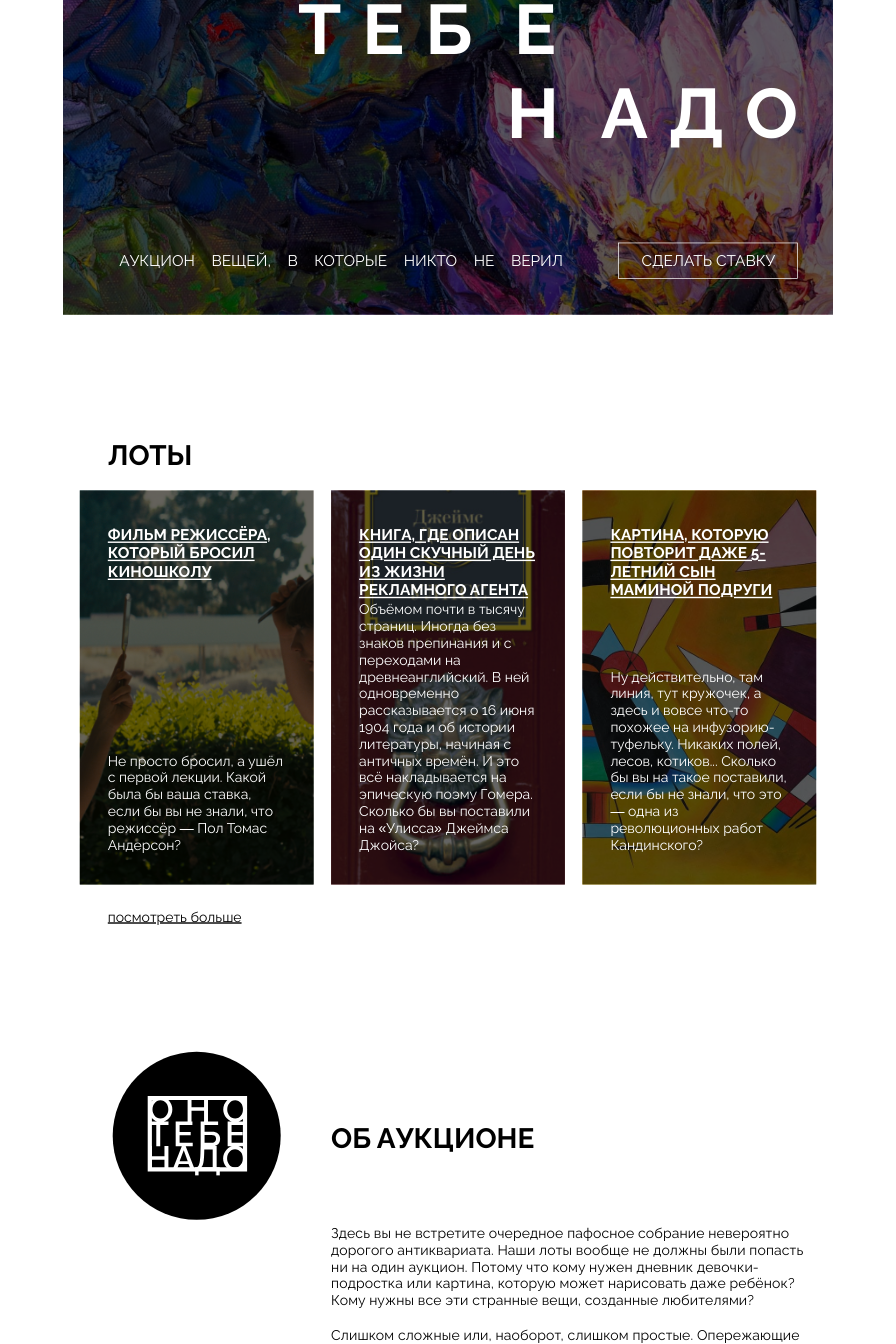
Repository: Smoyki/ono-tebe-nado
Page: index.html
An editor plug-in stored every save of this project. The page is shown before and after the next save, followed by the edit.
The browser window is 1280 px wide. The pictures show the part of the page from y = 601 to 2521 px (the page is 3028 px tall), at 70% of full size.

Above is the page before, as saved 2024-04-22 12:38:34.

After the next save:
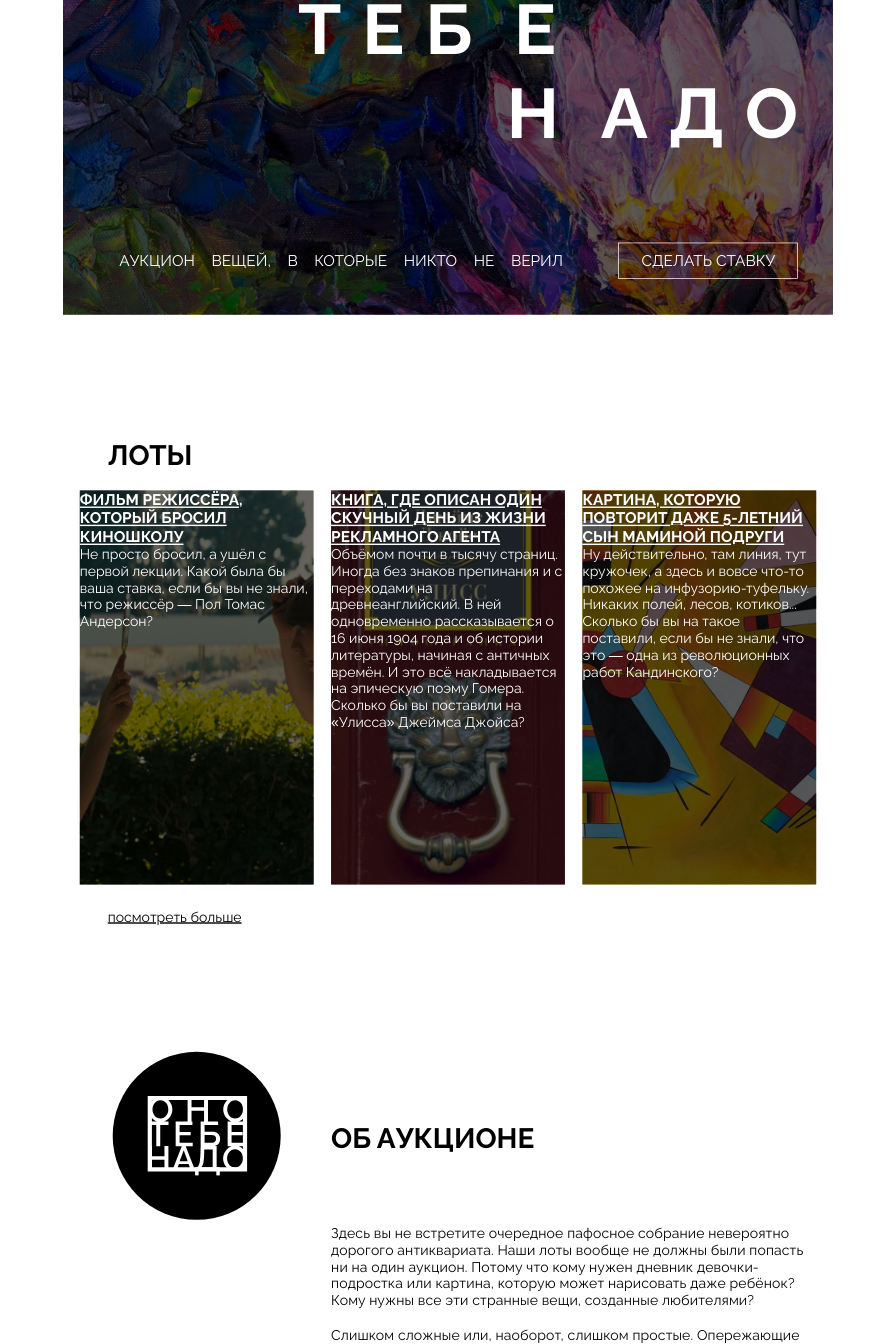
Saved 8 min 50 s later.
--- a/styles/style.css
+++ b/styles/style.css
@@ -247,7 +247,7 @@
 .link-lots-style {
   text-decoration: none;
 }
-
+с
 
 .card-info {
   display: flex;

After the 3 saves that followed:
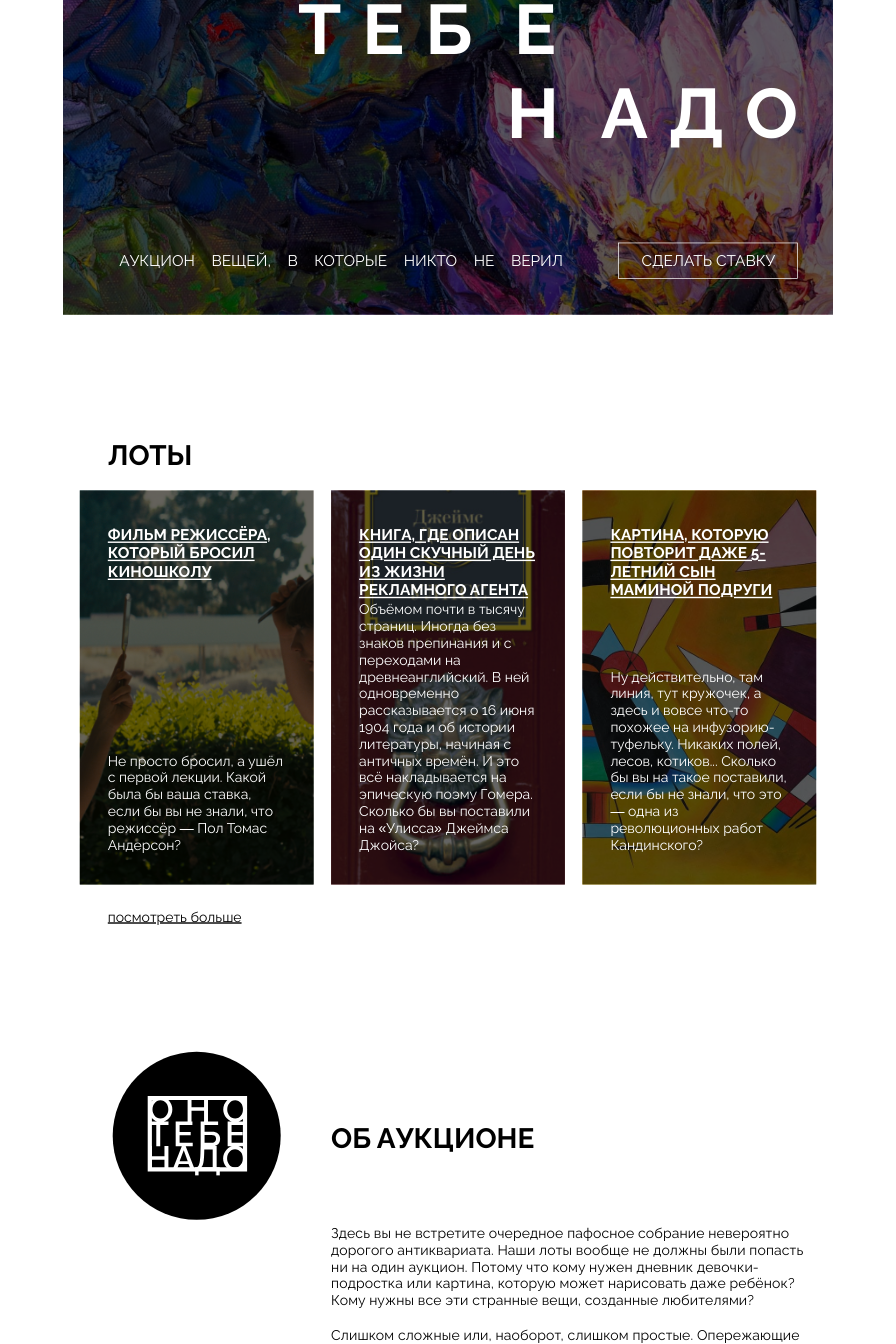
The 3 saves are shown as one change because they came seconds apart.
The last was saved 8 s later.
--- a/styles/style.css
+++ b/styles/style.css
@@ -247,7 +247,7 @@
 .link-lots-style {
   text-decoration: none;
 }
-с
+
 
 .card-info {
   display: flex;
